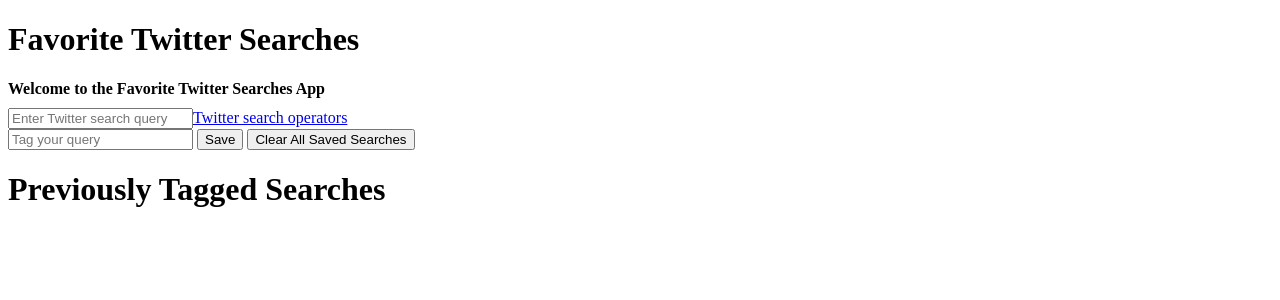
Repository: mlmEFSC21/P19-Favorite-Twitter-Searches
Page: favoriteTwitterSearches.html
These files come from the project's save history. The page is drawn as it stood at one moment and after the next save; the edit follows.
The browser window is 1280 px wide. The pictures show the whole page.

Above is the page before, as saved 2022-04-07 17:46:07.

After the next save:
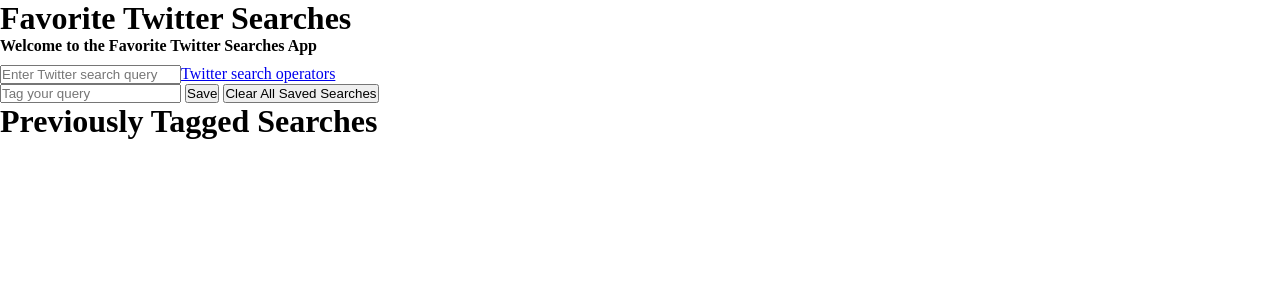
Saved 47 s later.
--- a/style.css
+++ b/style.css
@@ -1,3 +1,10 @@
+*,
+*::after,
+*::before {
+    box-sizing: border-box;
+    margin: 0;
+    padding: 0;
+}
 p {
     margin: 0px;
 }
